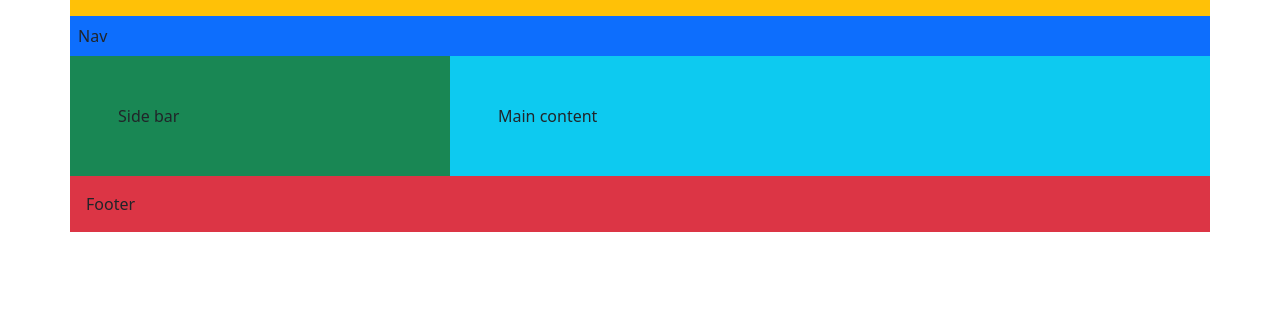
Repository: KizukoHeiwa/SOF308
Page: Lab1/index.html
These files come from the project's save history. The page is drawn as it stood at one moment and after the next save; the edit follows.
The browser window is 1280 px wide. The pictures show the whole page.

Above is the page before, as saved 2024-10-31 09:51:41.

### Lab1/index.html
<!DOCTYPE html>
<html lang="en">
<head>
    <meta charset="UTF-8">
    <meta name="viewport" content="width=device-width, initial-scale=1.0">
    <title>FPT Polytechnic</title>
    <link href="https://cdn.jsdelivr.net/npm/bootstrap@5.3.3/dist/css/bootstrap.min.css" rel="stylesheet" integrity="sha384-QWTKZyjpPEjISv5WaRU9OFeRpok6YctnYmDr5pNlyT2bRjXh0JMhjY6hW+ALEwIH" crossorigin="anonymous">
<script src="https://cdn.jsdelivr.net/npm/bootstrap@5.3.3/dist/js/bootstrap.bundle.min.js" integrity="sha384-YvpcrYf0tY3lHB60NNkmXc5s9fDVZLESaAA55NDzOxhy9GkcIdslK1eN7N6jIeHz" crossorigin="anonymous"></script>
</head>
<body>
    <div class="container">
        <header class="row bg-warning p-2">

        </header>
        <nav class="row bg-primary p-2">Nav</nav>
        <section class="row">
            <aside class="col-sm-4 bg-success p-5">Side bar</aside>
            <article class="col-sm-8 bg-info p-5">Main content</article>
        </section>
        <footer class="row bg-danger p-3">Footer</footer>
    </div>
</body>
</html>

After the next save:
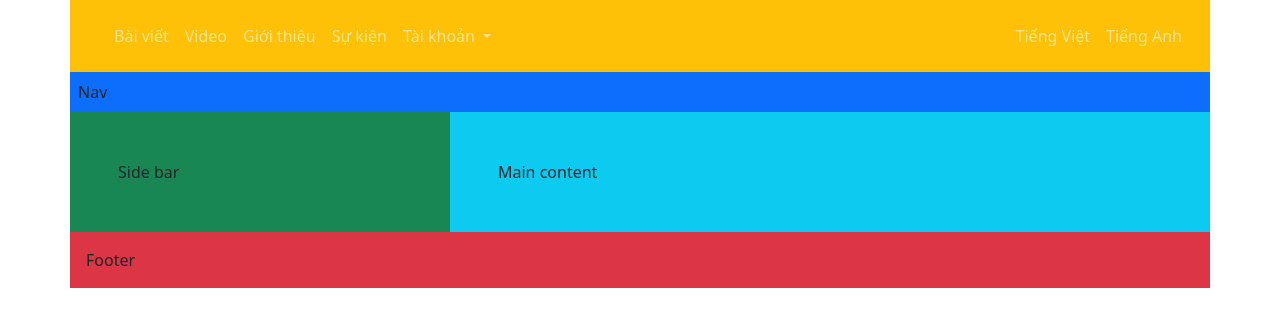
Not found: Lab1/images/logo-energy-pilates.png
Saved 67 s later.
--- a/Lab1/index.html
+++ b/Lab1/index.html
@@ -10,6 +10,50 @@
 <body>
     <div class="container">
         <header class="row bg-warning p-2">
+            <nav class="navbar navbar-expand-sm navbar-dark">
+                <div class="container">
+                    <a class="navbar-brand" href="Lab3Index.html">
+                        <img src="images/logo-energy-pilates.png" alt="" style="width: 150px;">
+                    </a>
+                    <button class="navbar-toggler" type="button" data-bs-toggle="collapse" data-bs-target="#collapsibleNavbar">
+                        <span class="navbar-toggler-icon"></span>
+                    </button>
+                    <div class="collapse navbar-collapse" id="collapsibleNavbar">
+                        <ul class="navbar-nav me-auto">
+                            <li class="nav-item">
+                                <a class="nav-link" href="Lab3ChuyenMuc.html"><i class="fa-solid fa-list"></i> Bài viết</a>
+                            </li>
+                            <li class="nav-item">
+                                <a class="nav-link" href="#"><i class="fa-solid fa-film"></i> Video</a>
+                            </li>
+                            <li class="nav-item">
+                                <a class="nav-link" href="#"><i class="fa-solid fa-circle-info"></i> Giới thiệu</a>
+                            </li>
+                            <li class="nav-item">
+                                <a class="nav-link" href="#"><i class="fa-solid fa-calendar-days"></i> Sự kiện</a>
+                            </li>
+                            <li class="nav-item dropdown">
+                                <a class="nav-link dropdown-toggle" href="#" role="button" data-bs-toggle="dropdown">
+                                    <i class="fa-solid fa-user"></i> Tài khoản
+                                </a>
+                                <ul class="dropdown-menu">
+                                    <li><a class="dropdown-item" href="#">Đăng nhập</a></li>
+                                    <li><a class="dropdown-item" href="#">Quên mật khẩu</a></li>
+                                    <li><a class="dropdown-item" href="#">Đăng ký thành viên</a></li>
+                                </ul>
+                            </li>
+                        </ul>
+                        <ul class="navbar-nav d-flex">
+                            <li class="nav-item">
+                                <a class="nav-link">Tiếng Việt</a>
+                            </li>
+                            <li class="nav-item">
+                                <a class="nav-link">Tiếng Anh</a>
+                            </li>
+                        </ul>
+                    </div>
+                </div>
+            </nav>
 
         </header>
         <nav class="row bg-primary p-2">Nav</nav>
